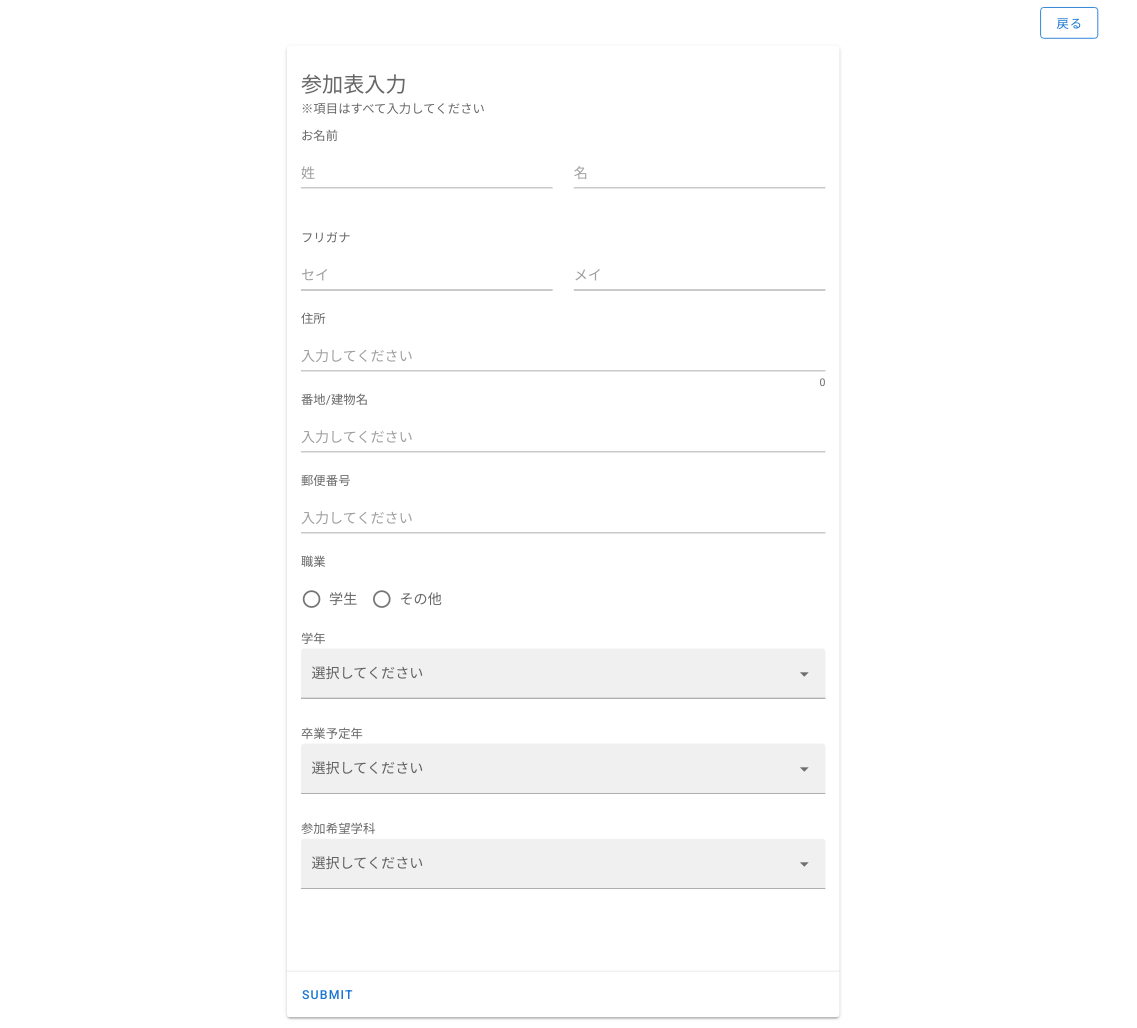
Repository: taniwhy/open-campus-system
Page: /#/register (app in client_view/)
These files come from the project's save history. The page is drawn as it stood at one moment and after the next save; the edit follows.
The browser window is 1280 px wide. The page is 1292 px wide, so the pictures cover 1292 px, including what lies to the right of the window. The pictures show the whole page, at 88% of full size.
The project was rebuilt for these pictures with package versions that can differ from the ones it lists, and the page was loaded fresh each time. Also part of the build but not shown: client_view/vue.config.js, client_view/src/components/Home.vue, client_view/src/components/Login.vue, client_view/src/components/Branch.vue.

Above is the page before, as saved 2019-11-28 10:21:04.

After the next save:
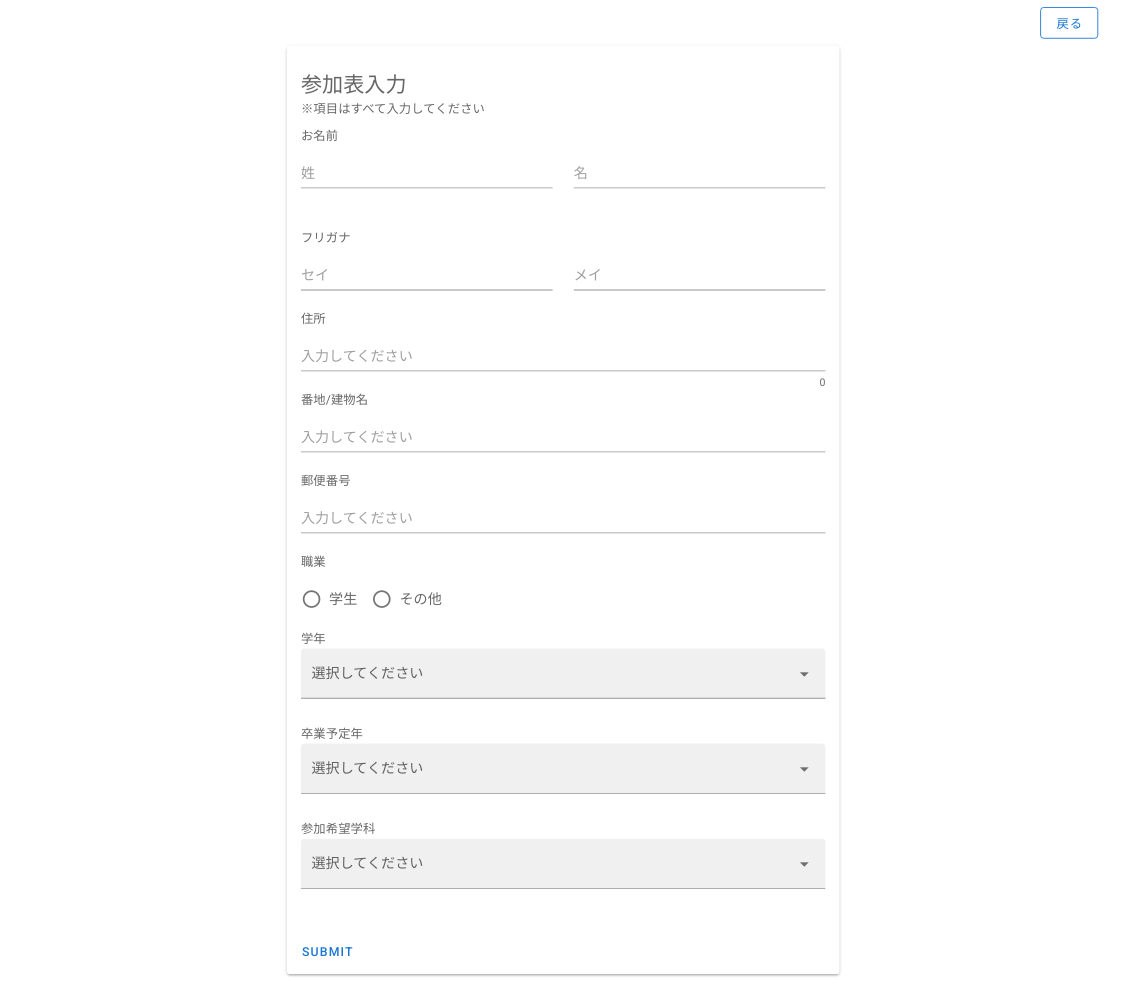
Saved 13 s later.
--- a/client_view/src/components/Register.vue
+++ b/client_view/src/components/Register.vue
@@ -99,7 +99,6 @@
             <v-select :items="yotei_items" filled label="選択してください"></v-select>参加希望学科
             <v-select :items="gakka_items" filled label="選択してください"></v-select>
           </v-card-text>
-          <v-divider class="mt-12"></v-divider>
           <v-card-actions>
             <v-btn color="primary" text @click="submit">Submit</v-btn>
           </v-card-actions>
